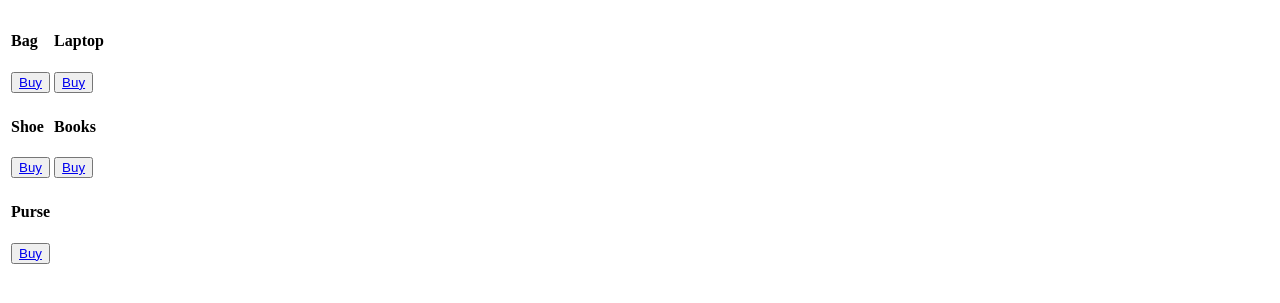
Repository: sowmini-nats/git-spring-project
Page: eclipse-workspace-servlet/MyDemoP/src/main/webapp/ProductPage.html
An editor plug-in stored every save of this project. The page is shown before and after the next save, followed by the edit.
The browser window is 1280 px wide. The pictures show the whole page.

Above is the page before, as saved 2023-10-16 03:57:39.

After the next save:
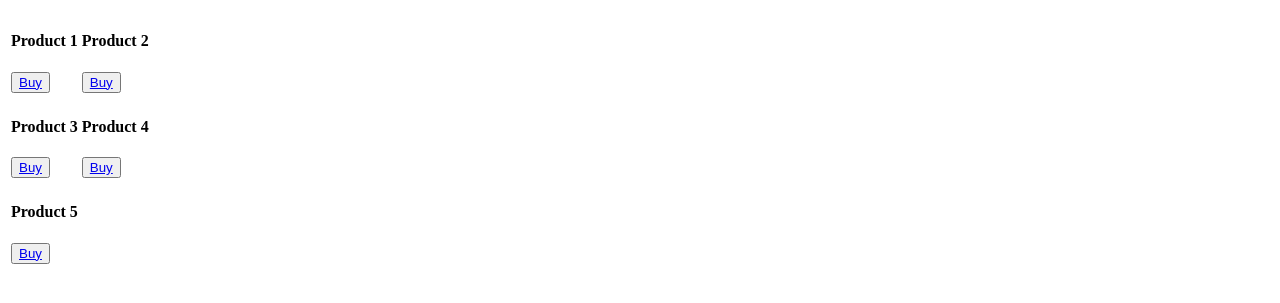
Saved 102 s later.
--- a/eclipse-workspace-servlet/MyDemoP/src/main/webapp/ProductPage.html
+++ b/eclipse-workspace-servlet/MyDemoP/src/main/webapp/ProductPage.html
@@ -9,15 +9,15 @@
 		<table>
 			<tbody>
 				<tr>
-					<td><div><h4>Bag</h4><button><a href="/MyDemoP/ConfirmationServlet.java">Buy</a></button></div></td>
-					<td><div><h4>Laptop</h4><button><a href="/MyDemoP/ConfirmationServlet.java">Buy</a></button></div></td>
+					<td><div><h4>Product 1</h4><button><a href="/MyDemoP/ConfirmationServlet.java">Buy</a></button></div></td>
+					<td><div><h4>Product 2</h4><button><a href="/MyDemoP/ConfirmationServlet.java">Buy</a></button></div></td>
 				</tr>
 				<tr>
-					<td><div><h4>Shoe</h4><button><a href="/MyDemoP/ConfirmationServlet.java">Buy</a></button></div></td>
-					<td><div><h4>Books</h4><button><a href="/MyDemoP/ConfirmationServlet">Buy</a></button></td>
+					<td><div><h4>Product 3</h4><button><a href="/MyDemoP/ConfirmationServlet.java">Buy</a></button></div></td>
+					<td><div><h4>Product 4</h4><button><a href="/MyDemoP/ConfirmationServlet">Buy</a></button></td>
 				</tr>
 				<tr>
-					<td><div><h4>Purse</h4><button><a href="/MyDemoP/ConfirmationServlet.java">Buy</a></button></td>
+					<td><div><h4>Product 5</h4><button><a href="/MyDemoP/ConfirmationServlet.java">Buy</a></button></td>
 				</tr>
 			</tbody>
 		</table>
